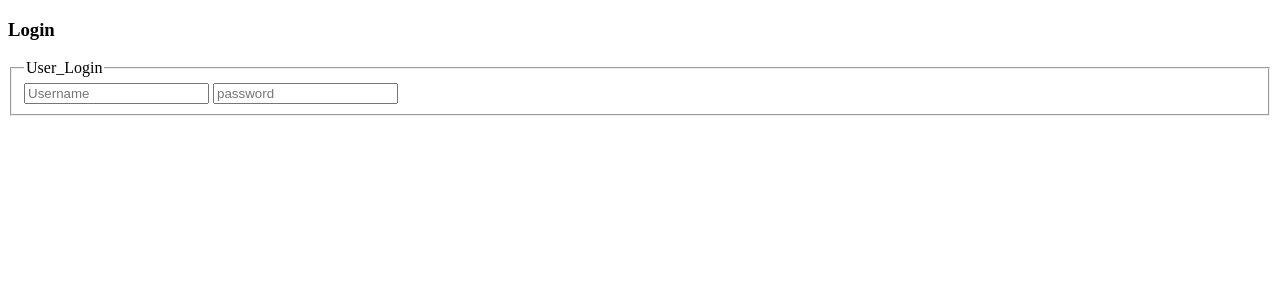
Repository: yhung004/TUTORIAL_PAGE
Page: log_in.html
These files come from the project's save history. The page is drawn as it stood at one moment and after the next save; the edit follows.
The browser window is 1280 px wide. The pictures show the whole page.

Above is the page before, as saved 2024-04-10 02:17:32.

After the next save:
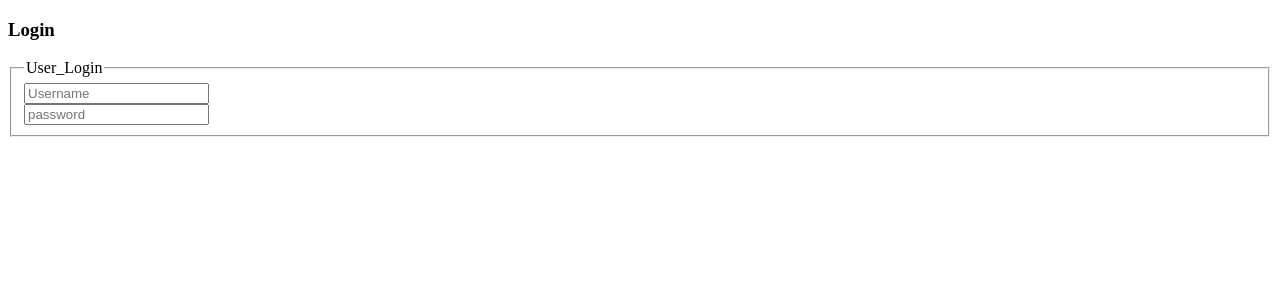
Saved 10 s later.
--- a/log_in.html
+++ b/log_in.html
@@ -12,7 +12,7 @@
     <fieldset >
         <legend>User_Login</legend>
         <form action="">
-            <input type="text" placeholder="Username">
+            <input type="text" placeholder="Username"> <br>
             <input type="text" placeholder="password">
         </form>
     </fieldset>
